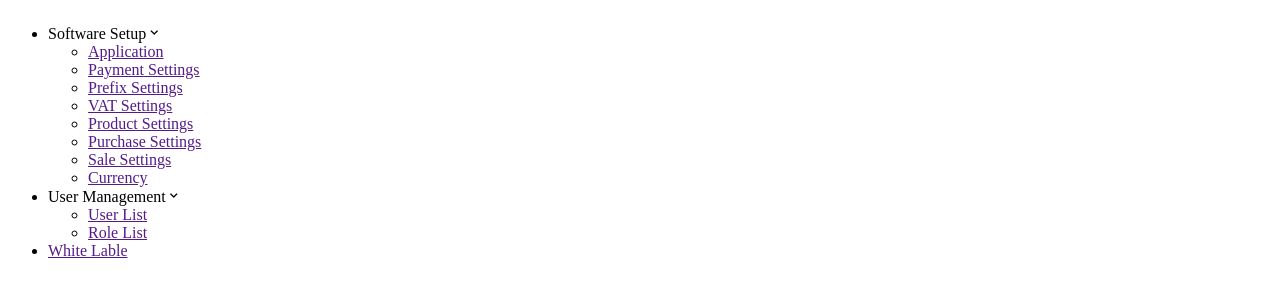
Repository: codebyaddro/pos-settings
Page: settings.html
The author's editor kept a copy of each file at every save. The page is drawn from the files as they stood at one save, then again after a run of saves.
The browser window is 1280 px wide. The pictures show the whole page.

Above is the page before, as saved 2025-02-16 13:47:20.

After the next 2 saves:
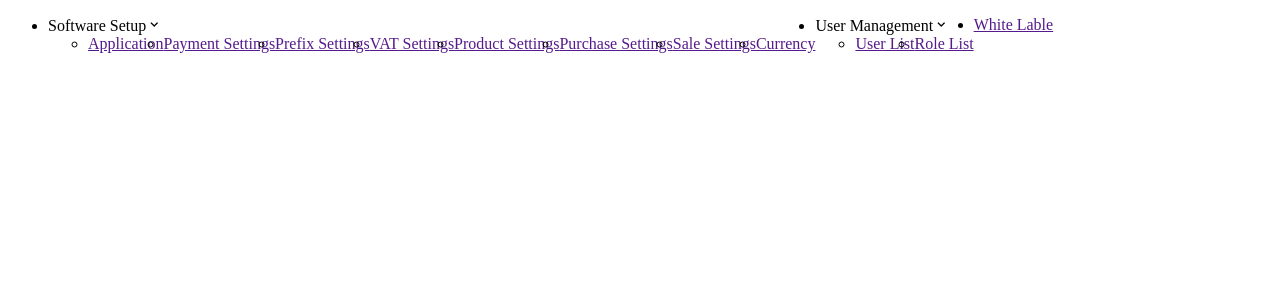
The 2 saves are shown as one change because they came seconds apart.
The last was saved 25 s later.
--- a/css/settings.css
+++ b/css/settings.css
@@ -40,6 +40,6 @@
 
 /* -- settings top menu bar style -- */
 
-.cba-settings-top-menubar {
+.cba-settings-top-menubar ul {
     display: flex;
 }
